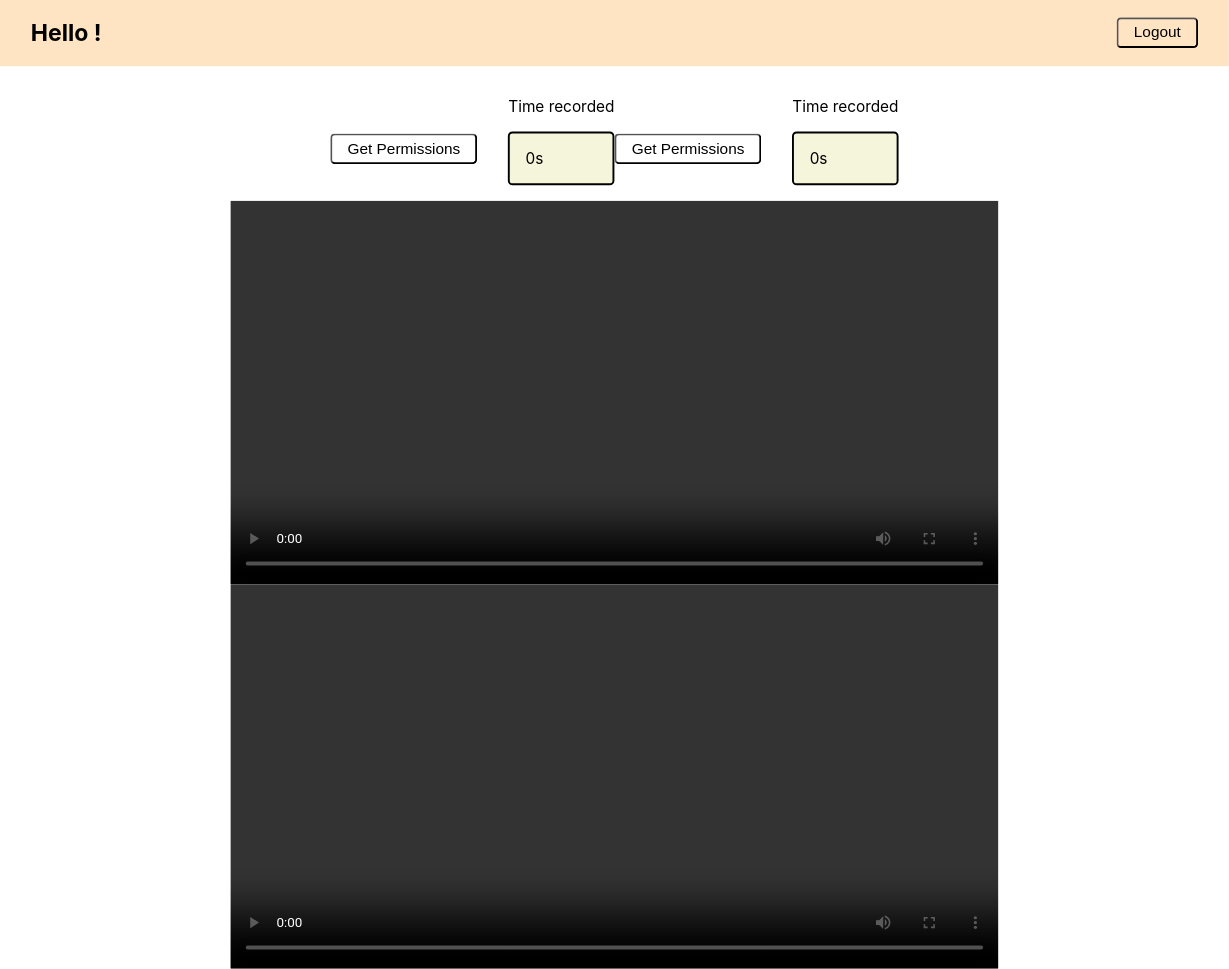
Repository: drumsmanku/test-1
Page: /recording (app in client/)
These files come from the project's save history. The page is drawn as it stood at one moment and after the next save; the edit follows.
The browser window is 1280 px wide. The pictures show the whole page, at 96% of full size.
The project was rebuilt for these pictures with package versions that can differ from the ones it lists, and the page was loaded fresh each time. Also part of the build but not shown: client/src/App.css, client/src/Components/Login/Login.module.css, client/src/Components/Login/Login.js, client/src/Components/Register/Register.module.css, client/src/Components/Register/Register.js.

Above is the page before, as saved 2023-09-01 14:45:42.

After the next save:
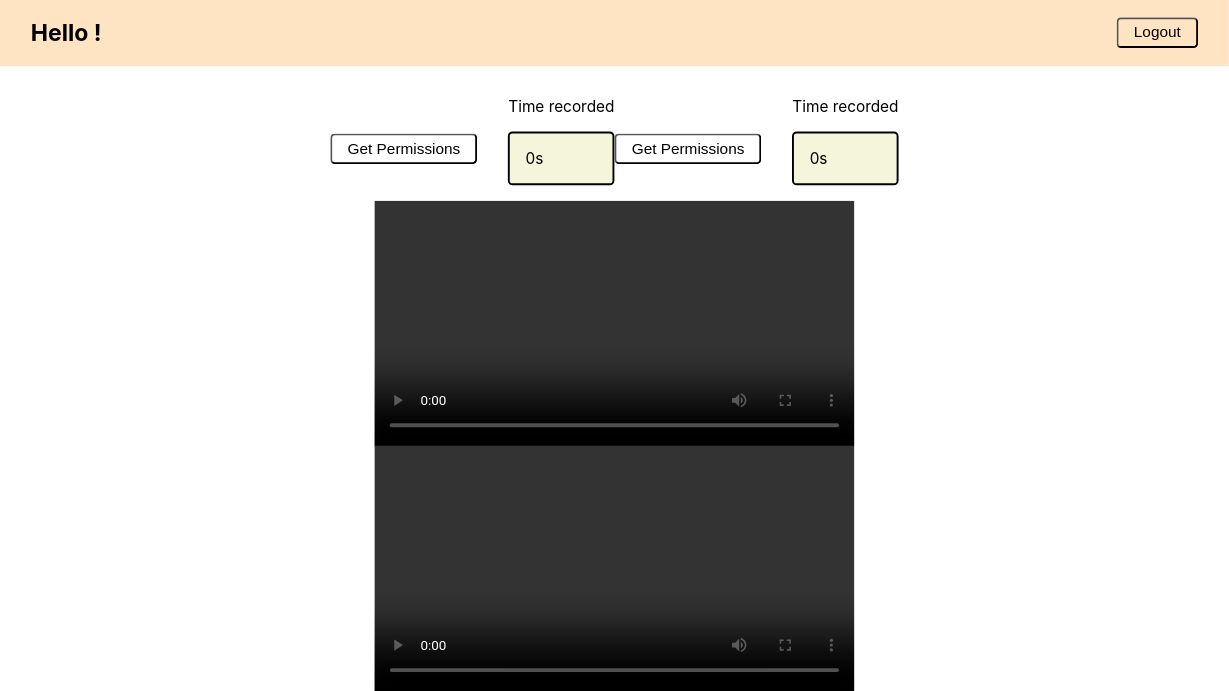
Saved 38 s later.
--- a/client/src/Components/Recording/Recording.js
+++ b/client/src/Components/Recording/Recording.js
@@ -162,8 +162,8 @@ const stopRecordingScreen = async () => {
 
       </div>
 
-      <video height={500} width={800} id="videoPlayback" controls autoplay></video>
-      <video height={500} width={800} id="screenPlayback" controls autoplay></video>
+      <video height={500} width={500} id="videoPlayback" controls autoplay></video>
+      <video height={500} width={500} id="screenPlayback" controls autoplay></video>
 
 
     </div>
